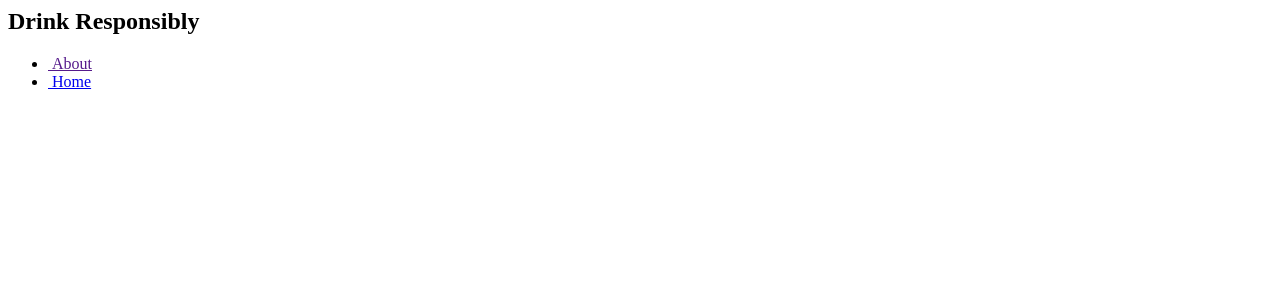
Repository: NatNat180/DrinkResponsibly
Page: DrinkResponsibly/WebContent/WEB-INF/navigation.html
The author's editor kept a copy of each file at every save. The page is drawn from the files as they stood at one save, then again after the next save.
The browser window is 1280 px wide. The pictures show the whole page.

Above is the page before, as saved 2016-04-07 20:39:09.

After the next save:
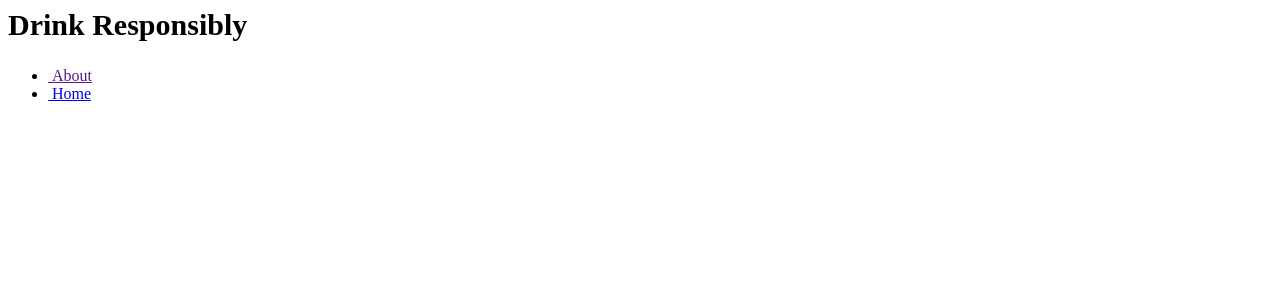
Saved 17 s later.
--- a/DrinkResponsibly/WebContent/WEB-INF/navigation.html
+++ b/DrinkResponsibly/WebContent/WEB-INF/navigation.html
@@ -1,7 +1,7 @@
 <nav class="navbar navbar-default" role="navigation">
 	<div class="container-fluid">
 		<div class="navbar-header">
-		  <h1 class="nav-title" style="font-size: 24px;">Drink Responsibly</h1>
+		  <h1 class="nav-title" style="font-size: 30px;">Drink Responsibly</h1>
 		</div>
 		<ul class="nav navbar-nav navbar-right">
 			<li id="right"><a href="">&nbsp;About</a>
